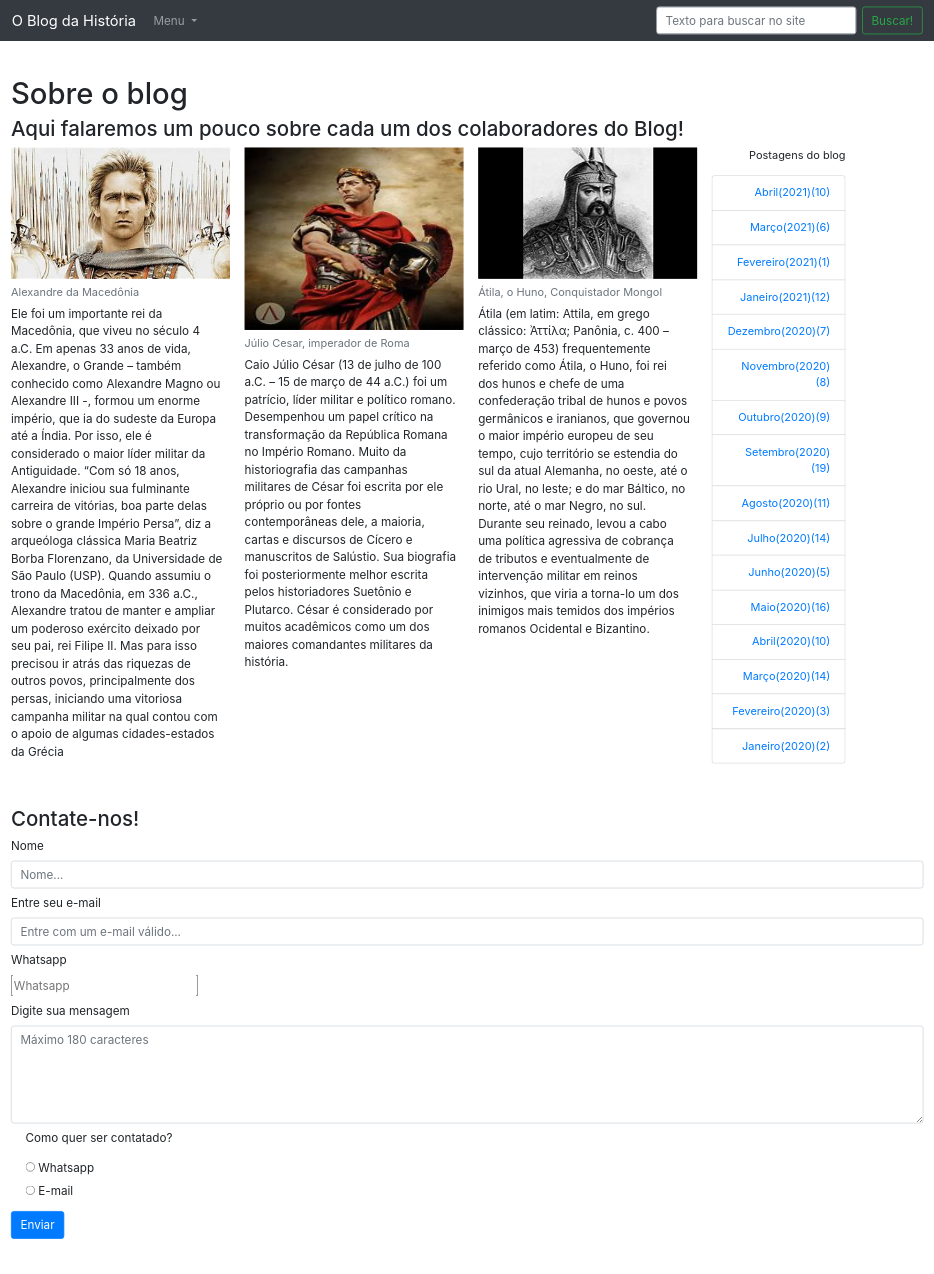
Repository: xhenrique/blog_layout_bootstrap
Page: source/sobre.html
The author's editor kept a copy of each file at every save. The page is drawn from the files as they stood at one save, then again after the next save.
The browser window is 1280 px wide. The pictures show the whole page, at 73% of full size.

Above is the page before, as saved 2021-04-25 17:11:20.

### source/sobre.html
<!DOCTYPE html>
<html lang="pt-br">
  <head>
    <meta charset="utf-8">
    <!-- Meta tags Obrigatórias , initial-scale=1, shrink-to-fit=no -->

    <meta name="viewport" content="width=device-width">

    <!-- Bootstrap CSS -->
    <link rel="stylesheet" href="https://stackpath.bootstrapcdn.com/bootstrap/4.1.3/css/bootstrap.min.css" integrity="sha384-MCw98/SFnGE8fJT3GXwEOngsV7Zt27NXFoaoApmYm81iuXoPkFOJwJ8ERdknLPMO" crossorigin="anonymous">
    <title>O Blog da História</title>
  </head>
  <body>
    <nav class="navbar navbar-expand-md navbar-dark bg-dark sticky-top">
        <a class = "navbar-brand" href="index.html">O Blog da História</a>

        <!--Especificações do que é cada um dos atributos!!!!!
            "aria-controls": define a relação entre os elementos, um elemento é pai e o outro filho, deve ser definido no pai, relacionando o filho;
            "data-target" : Define o que será exibido quando clicar na opção do menu;
            "data-toggle" : o que vai acontecer quando eu clicar em cima do botão, collapse, por exemplo, faz o botão expandir e retrair as opções;
            "aria-expanded" : Flag para o navegador informando que o elemento não está expandido;
            "aria-label" : é usado para definir uma string na tag do elemento atual.
        -->
        <button title="Menu" class="navbar-toggler" type="button" data-toggle="collapse" data-target="#navbarCfg" aria-controls="navbarCfg">
            <span class="navbar-toggler-icon"></span>
        </button>
        <div class="collapse navbar-collapse" id="navbarCfg">
            <ul class="navbar-nav mr-auto">
                <a class="nav-link dropdown-toggle" href="#" id="navbarDropdown" role="button" data-toggle="dropdown" aria-haspopup="true" aria-expanded="false">
                Menu
                </a>
                <div class="dropdown-menu" aria-labelledby="navbarDropdown">
                <a class="dropdown-item" href="index.html">Início</a>
                <a class="dropdown-item" href="sobre.html">Sobre</a>
                <div class="dropdown-divider"></div>
                <p style="text-align: left; padding-left: 10px;"> Criado por: José Xavier<br/>UFPA - 2021</p>
                </div>
            </ul>
            <form class="form-inline my-2 my-lg-0">
            <input class="form-control mr-sm-2" type="search" placeholder="Texto para buscar no site" aria-label="Search">
            <button class="btn btn-outline-success my-2 my-sm-0" type="submit">Buscar!</button>
            </form>
        </div>
    </nav>

    <div class="container-fluid" id="sobreContainer">
        <div id="sobre_o_blog" class="text-left">
            <br/>
            <br/>
            <h1>Sobre o blog</h1>
            <h3>Aqui falaremos um pouco sobre cada um dos colaboradores do Blog!</h3>
        </div>
        <div class="row d-md-flex flex-md-row">
            <div class="col-md-3">
                <img class="figure-img" src="../img/alexandre.jpg" alt="Xandão"  style="height: 180px; width: 300px">
                <figcaption class="figure-caption" style="font-size: 15px; margin-bottom: 5px;">
                    Alexandre da Macedônia
                </figcaption>
                <p>Ele foi um importante rei da Macedônia, que viveu no século 4 a.C. Em apenas 33 anos de vida, Alexandre, o Grande – também conhecido como Alexandre Magno ou Alexandre III -, formou um enorme império, que ia do sudeste da Europa até a Índia. Por isso, ele é considerado o maior líder militar da Antiguidade. “Com só 18 anos, Alexandre iniciou sua fulminante carreira de vitórias, boa parte delas sobre o grande Império Persa”, diz a arqueóloga clássica Maria Beatriz Borba Florenzano, da Universidade de São Paulo (USP). Quando assumiu o trono da Macedônia, em 336 a.C., Alexandre tratou de manter e ampliar um poderoso exército deixado por seu pai, rei Filipe II. Mas para isso precisou ir atrás das riquezas de outros povos, principalmente dos persas, iniciando uma vitoriosa campanha militar na qual contou com o apoio de algumas cidades-estados da Grécia</p>
            </div>
            <div class="col-md-3">
                <img class="figure-img" src="../img/th.jfif" alt="imperador" style="height: 250px; width: 300px">
                <figcaption class="figure-caption" style="font-size: 15px; margin-bottom: 5px;">
                    Júlio Cesar, imperador de Roma
                </figcaption>
                <p>Caio Júlio César (13 de julho de 100 a.C. – 15 de março de 44 a.C.) foi um patrício, líder militar e político romano. Desempenhou um papel crítico na transformação da República Romana no Império Romano. Muito da historiografia das campanhas militares de César foi escrita por ele próprio ou por fontes contemporâneas dele, a maioria, cartas e discursos de Cícero e manuscritos de Salústio. Sua biografia foi posteriormente melhor escrita pelos historiadores Suetônio e Plutarco. César é considerado por muitos acadêmicos como um dos maiores comandantes militares da história.</p>
            </div>
            <div class="col-md-3">
                <img class="figure-img" src="../img/atila.jpg" alt="o_huno" style="height: 180px; width: 300px">
                <figcaption class="figure-caption" style="font-size: 15px; margin-bottom: 5px;">
                        Átila, o Huno, Conquistador Mongol
                </figcaption>
                <p>Átila (em latim: Attila, em grego clássico: Ἀττίλα; Panônia, c. 400 – março de 453) frequentemente referido como Átila, o Huno, foi rei dos hunos e chefe de uma confederação tribal de hunos e povos germânicos e iranianos, que governou o maior império europeu de seu tempo, cujo território se estendia do sul da atual Alemanha, no oeste, até o rio Ural, no leste; e do mar Báltico, no norte, até o mar Negro, no sul. Durante seu reinado, levou a cabo uma política agressiva de cobrança de tributos e eventualmente de intervenção militar em reinos vizinhos, que viria a torna-lo um dos inimigos mais temidos dos impérios romanos Ocidental e Bizantino.</p>
            </div>
                <div class="col-md-2">
                    <div class="text-right" style="font-size: 15px;">
                        <p>Postagens do blog</p>
                        <ul class="list-group">
                            <!--Javascript provavelmente entraria aqui, iterando sobre uma lista/matriz e exibindo a quantida de postagens por mês/ano-->
                            <li class="list-group-item"><a href="">Abril(2021)(10)</a></li>
                            <li class="list-group-item"><a href="">Março(2021)(6)</a></li>
                            <li class="list-group-item"><a href="">Fevereiro(2021)(1)</a></li>
                            <li class="list-group-item"><a href="">Janeiro(2021)(12)</a></li>
                            <li class="list-group-item"><a href="">Dezembro(2020)(7)</a></li>
                            <li class="list-group-item"><a href="">Novembro(2020)(8)</a></li>
                            <li class="list-group-item"><a href="">Outubro(2020)(9)</a></li>
                            <li class="list-group-item"><a href="">Setembro(2020)(19)</a></li>
                            <li class="list-group-item"><a href="">Agosto(2020)(11)</a></li>
                            <li class="list-group-item"><a href="">Julho(2020)(14)</a></li>
                            <li class="list-group-item"><a href="">Junho(2020)(5)</a></li>
                            <li class="list-group-item"><a href="">Maio(2020)(16)</a></li>
                            <li class="list-group-item"><a href="">Abril(2020)(10)</a></li>
                            <li class="list-group-item"><a href="">Março(2020)(14)</a></li>
                            <li class="list-group-item"><a href="">Fevereiro(2020)(3)</a></li>
                            <li class="list-group-item"><a href="">Janeiro(2020)(2)</a></li>
                        </ul>
                    </div>
                </div>
        </div>
            <form>
                <br/>
                <br/>

                <h3>
                    Contate-nos!
                </h3>
                <div class="mb-2">
                    <label for="nameInput" class="form-label">Nome</label>
                    <input type="text" placeholder="Nome..." class="form-control" id="nameInput"  required>
                </div>
                <div class="mb-2">
                    <label for="inputEmail" class="form-label">Entre seu e-mail</label>
                    <input type="email" placeholder="Entre com um e-mail válido..." class="form-control" id="inputEmail"  required>
                </div>
                <div class="mb-2">
                    <label for="wppInput" class="form-label">Whatsapp</label>
                    <input type="tel" placeholder="Whatsapp" class="form-inline round 0" id="wppInput">
                </div>
                <div class="mb-2">
                    <label for="msgInput" class="form-label">Digite sua mensagem</label>
                    <textarea type="text" placeholder="Máximo 180 caracteres" maxlength="180" class="form-control" id="msgInput" rows="5"></textarea>
                </div>
                <div class="mb-2 form-check">
                    <p>Como quer ser contatado?</p>
                    <input type="radio" id="wpp" name="whatsapp" value="Whatsapp">
                    <label for="wpp">Whatsapp</label><br>
                    <input type="radio" id="e-mail" name="email" value="E-mail">
                    <label for="e-mail">E-mail</label><br>
                </div>
                <button class="btn btn-primary" type="submit" aria-label="btnSubmmit">Enviar</button>
                <br>
                <br>
                <br>
            </form>
    </div>


    <!-- JavaScript (Opcional) -->
    <!-- jQuery primeiro, depois Popper.js, depois Bootstrap JS -->
    <script src="https://code.jquery.com/jquery-3.3.1.slim.min.js" integrity="sha384-q8i/X+965DzO0rT7abK41JStQIAqVgRVzpbzo5smXKp4YfRvH+8abtTE1Pi6jizo" crossorigin="anonymous"></script>
    <script src="https://cdnjs.cloudflare.com/ajax/libs/popper.js/1.14.3/umd/popper.min.js" integrity="sha384-ZMP7rVo3mIykV+2+9J3UJ46jBk0WLaUAdn689aCwoqbBJiSnjAK/l8WvCWPIPm49" crossorigin="anonymous"></script>
    <script src="https://stackpath.bootstrapcdn.com/bootstrap/4.1.3/js/bootstrap.min.js" integrity="sha384-ChfqqxuZUCnJSK3+MXmPNIyE6ZbWh2IMqE241rYiqJxyMiZ6OW/JmZQ5stwEULTy" crossorigin="anonymous"></script>
  </body>
</html>

After the next save:
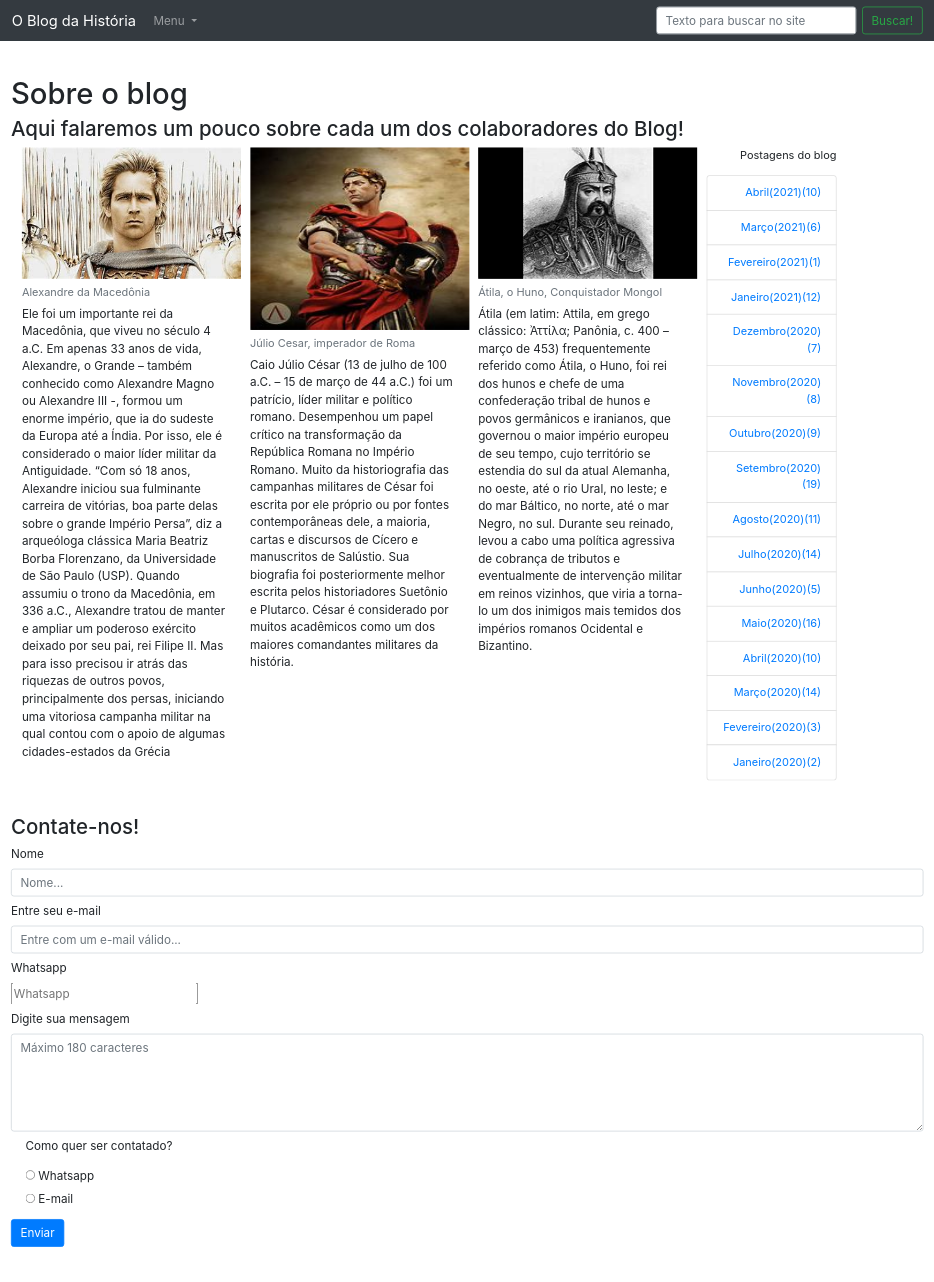
Saved 111 s later.
--- a/source/sobre.html
+++ b/source/sobre.html
@@ -50,7 +50,7 @@
             <h1>Sobre o blog</h1>
             <h3>Aqui falaremos um pouco sobre cada um dos colaboradores do Blog!</h3>
         </div>
-        <div class="row d-md-flex flex-md-row">
+        <div class="d-md-flex flex-md-row">
             <div class="col-md-3">
                 <img class="figure-img" src="../img/alexandre.jpg" alt="Xandão"  style="height: 180px; width: 300px">
                 <figcaption class="figure-caption" style="font-size: 15px; margin-bottom: 5px;">
